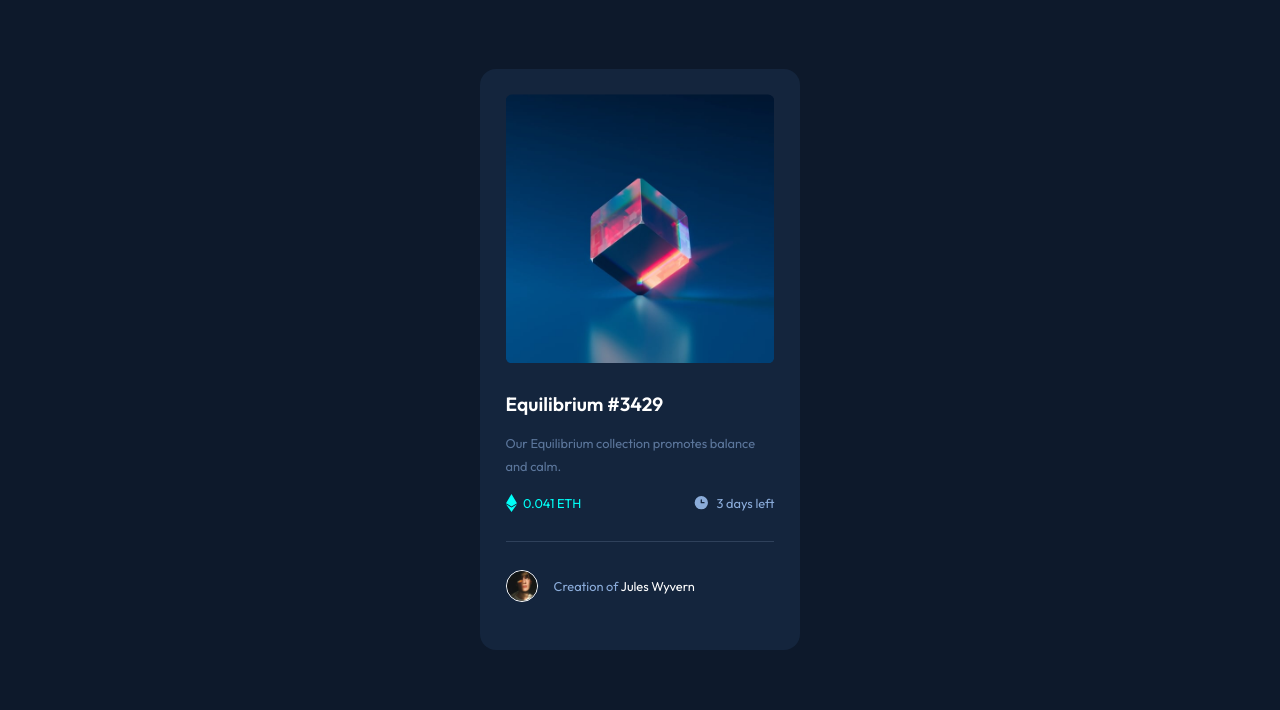
Repository: thaibaocoder1/nft-preview-card-component
Page: index.html
An editor plug-in stored every save of this project. The page is shown before and after a run of saves, followed by the edit.
The browser window is 1280 px wide. The pictures show the whole page.

Above is the page before, as saved 2023-01-06 19:02:37.

### index.html
<!DOCTYPE html>
<html lang="en">
<head>
  <meta charset="UTF-8">
  <meta name="viewport" content="width=device-width, initial-scale=1.0">
  <link rel="icon" type="image/png" sizes="32x32" href="./images/favicon-32x32.png">
  <title>Frontend Mentor | NFT preview card component</title>
  <link rel="stylesheet" href="./images/favicon-32x32.png">
  <link rel="stylesheet" href="./style.css">
  <style>
    .attribution { font-size: 11px; text-align: center; }
    .attribution a { color: hsl(228, 45%, 44%); }
  </style>
</head>
<body>
  <main class="container">
    <img src="./images/image-equilibrium.jpg" alt="Image" class="container-img">
    <div class="container-content">
      <h2 class="container-heading">Equilibrium #3429</h2>
      <p class="container-desc">Our Equilibrium collection promotes balance and calm.</p>
      <section class="container-date">
        <div class="container-date-right">
          <img src="./images/icon-ethereum.svg" alt="" class="container-date--image">
          <span class="container-date--text">
            0.041 ETH
          </span>
        </div>
        <div class="container-date-left">
          <img src="./images/icon-clock.svg" alt="" class="container-date--image">
          <span class="container-date--text">
            3 days left
          </span>
        </div>
      </section>
      <hr id="mark">
      <div class="container-footer">
        <img src="./images/image-avatar.png" alt="" class="container-date--image">
        <small class="container-date--footer">
          Creation of
          <span id="text-marker">Jules Wyvern</span>
        </small>
        </div>
      </div>
    </main>


  <!-- <div class="attribution">
    Challenge by <a href="https://www.frontendmentor.io?ref=challenge" target="_blank">Frontend Mentor</a>.
    Coded by <a href="#">baoDev</a>.
  </div> -->
</body>
</html>
<!-- Equilibrium #3429

Our Equilibrium collection promotes balance and calm.

0.041 ETH
3 days left

Creation of Jules Wyvern -->

### style.css
@import url('https://fonts.googleapis.com/css2?family=Outfit:wght@300;400;600&display=swap');
* {
    margin: 0;
    padding: 0;
    box-sizing: border-box;
}
body {
    text-rendering: optimizeLegibility;
    scroll-behavior: smooth;
    font-family: 'Outfit', sans-serif;
    display: flex;
    align-items: center;
    justify-content: center;
    min-height: calc(100vh - 1px);
    background-color: var(--very-dark-blue-main);
    font-size: 62.5%;
}
:root {
    --soft-blue: hsl(215, 51%, 70%);
    --cyan-color: hsl(178, 100%, 50%);
    --very-dark-blue-main: hsl(217, 54%, 11%);
    --very-dark-blue-card: hsl(216, 50%, 16%);
    --very-dark-blue-line: hsl(215, 32%, 27%);
    --white-color: hsl(0, 0%, 100%);
}
.container {
    width: 320px;
    background-color: var(--very-dark-blue-card);
    text-align: center;
    border-radius: 1rem;
    box-shadow: ;
}
.container .container-img {
    width: 20rem;
    height: 20rem;
    object-fit: cover;
    cursor: pointer;
    border-radius: 2rem;
    overflow: hidden;
    padding: 1.6rem;
}
.container .container-content {
    padding: 0 1.6rem 3rem 1.6rem;
    text-align: left;
}
.container .container-content .container-heading {
    color: var(--white-color);
    font-size: 1.2rem;
    padding-bottom: 1rem;
}
.container .container-content .container-desc {
    color: var(--soft-blue);
    font-size: 0.8rem;
    font-weight: 400;
    opacity: 0.6;
    line-height: 1.8;
}
.container .container-date {
    display: flex;
    align-items: center;
    padding: 1rem 0 1.8rem;
}
.container-date .container-date-right, .container .container-date-left {
    display: flex;
    align-items: center;
    justify-content: center;
}
.container .container-date .container-date-left {
    margin-left: auto;
}
.container .container-date--text {
    color: var(--cyan-color);
    font-size: 0.8rem;
    line-height: 1rem;
    text-align: center;
    margin-left: 0.4rem;
}
.container .container-date-left .container-date--text {
    color: var(--soft-blue);
}
#mark {
    border: none;
    width: 100%;
    height: 1px;
    background-color: var(--very-dark-blue-line);
}
.container .container-footer {
    padding-top: 1.8rem;
    display: flex;
    align-items: center;
}
.container .container-footer .container-date--image {
    width: 2rem;
    height: 2rem;
    border-radius: 50%;
    border: 1px solid var(--white-color);
}
.container .container-footer .container-date--footer {
    margin-left: 1rem;
    font-size: 0.8rem;
    color: var(--soft-blue);
}
.container .container-footer #text-marker {
    color: #fff;
}

After the next 4 saves:
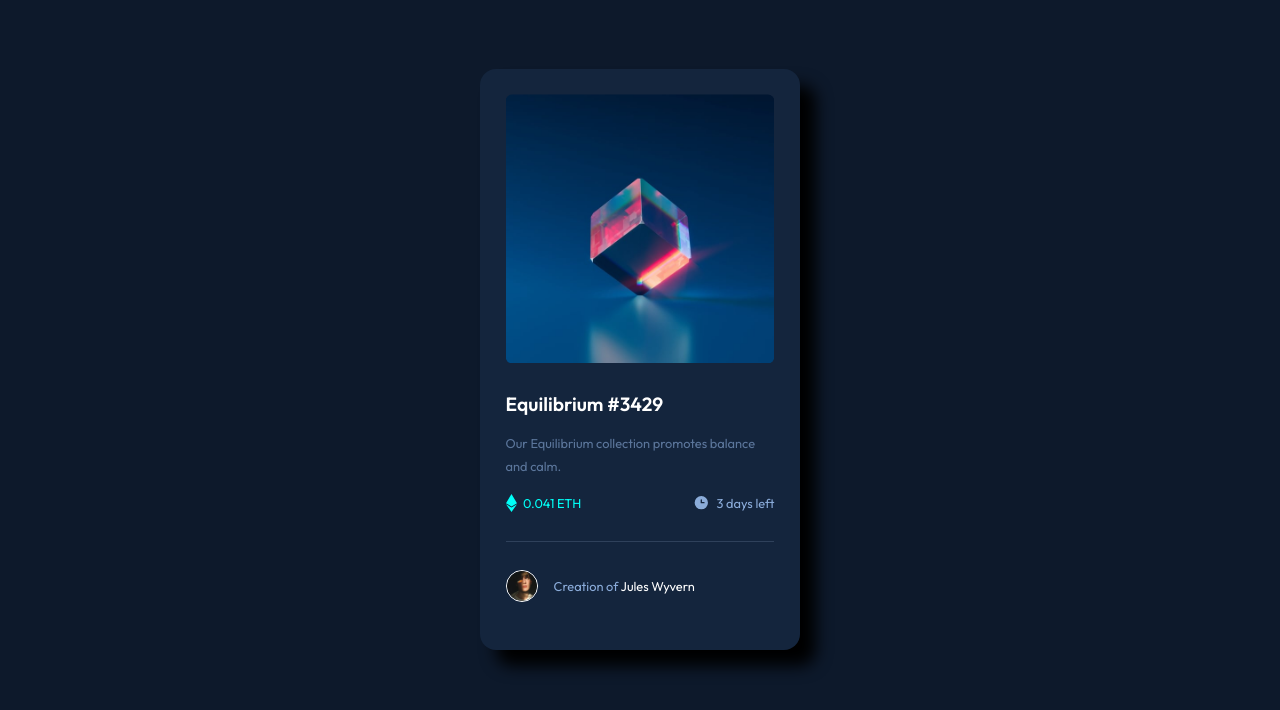
The 4 saves are shown as one change because they came seconds apart.
The last was saved 12 s later.
--- a/style.css
+++ b/style.css
@@ -28,7 +28,7 @@
     background-color: var(--very-dark-blue-card);
     text-align: center;
     border-radius: 1rem;
-    box-shadow: ;
+    box-shadow: 1rem 1rem 1rem ;
 }
 .container .container-img {
     width: 20rem;

After the 3 saves that followed:
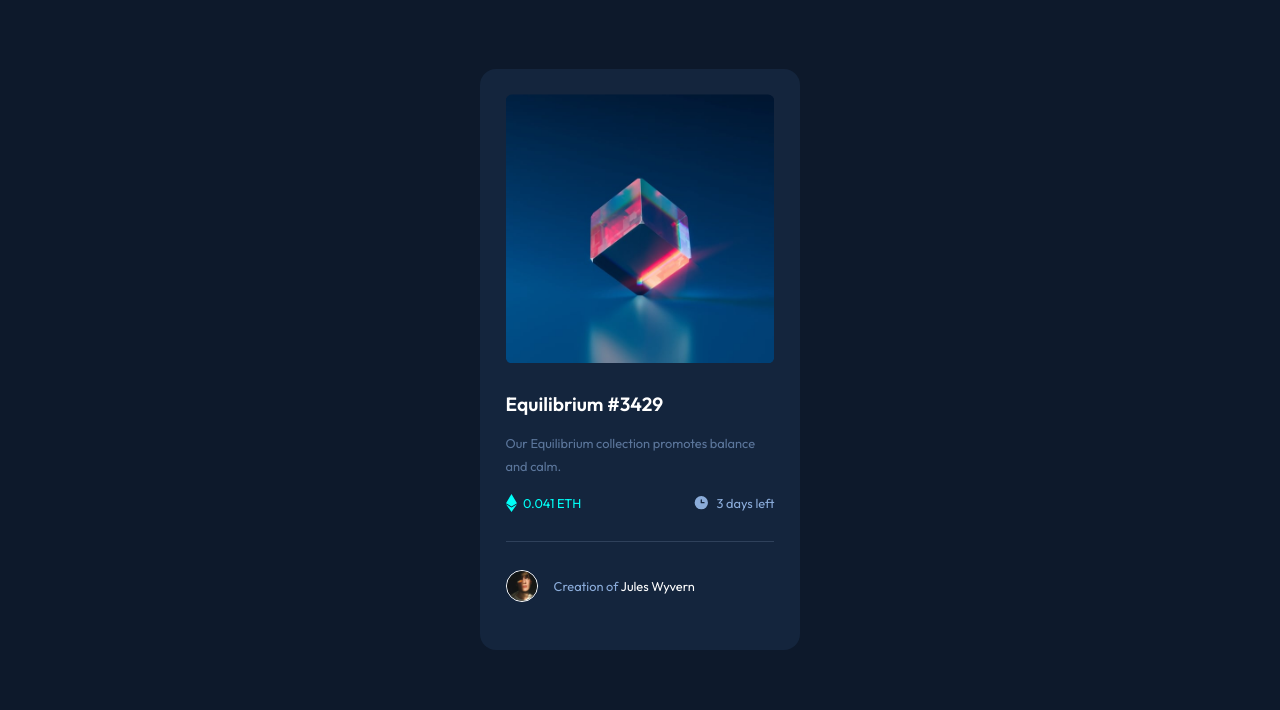
The 3 saves are shown as one change because they came seconds apart.
The last was saved 6 s later.
--- a/style.css
+++ b/style.css
@@ -28,7 +28,7 @@
     background-color: var(--very-dark-blue-card);
     text-align: center;
     border-radius: 1rem;
-    box-shadow: 1rem 1rem 1rem ;
+    box-shadow: 1rem 1rem 1rem 0 var();
 }
 .container .container-img {
     width: 20rem;
